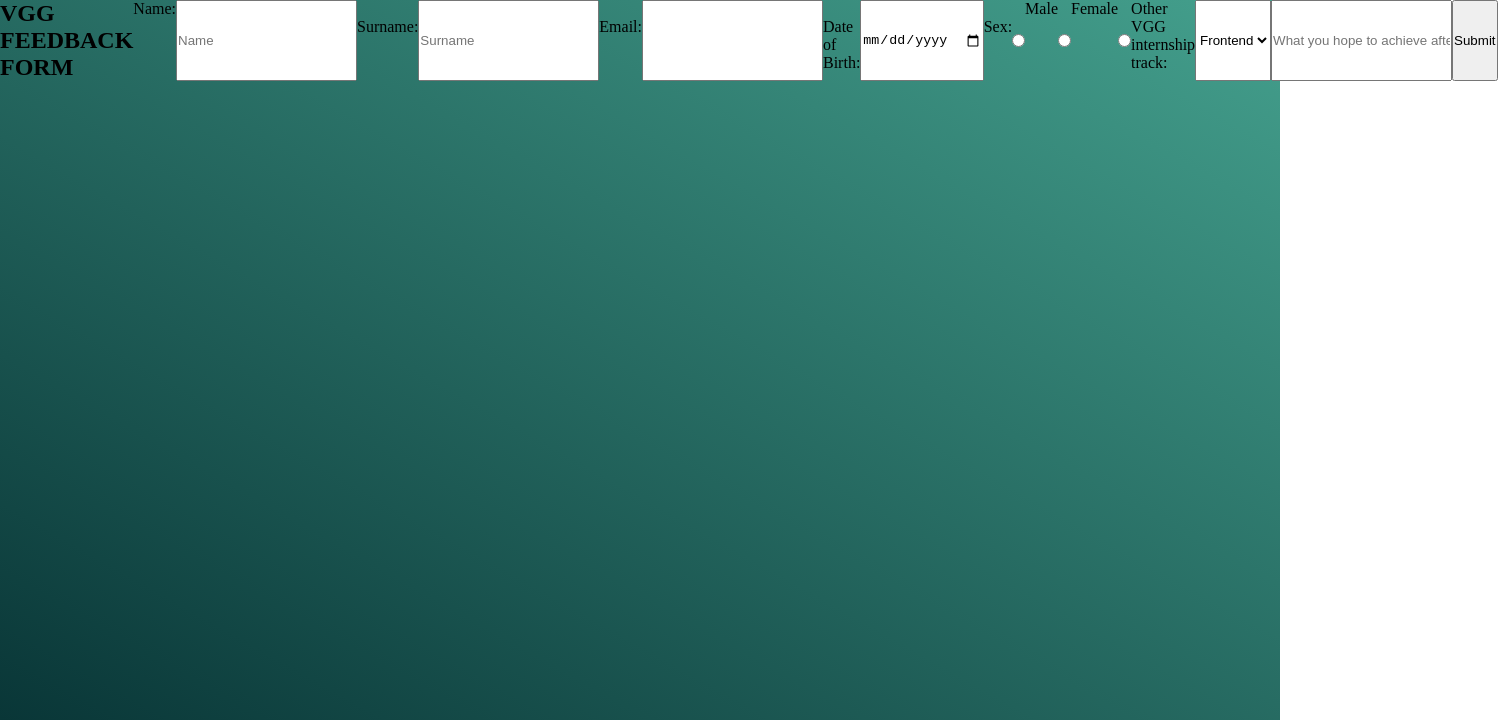
Repository: iphyokafor/VGG-Feedback-form
Page: index.html
The author's editor kept a copy of each file at every save. The page is drawn from the files as they stood at one save, then again after the next save.
The browser window is 1280 px wide. The page is 1499 px wide, then 1280 px, so the pictures cover 1499 px, including what lies to the right of the window. The pictures show the whole page.

Above is the page before, as saved 2020-01-12 20:36:32.

After the next save:
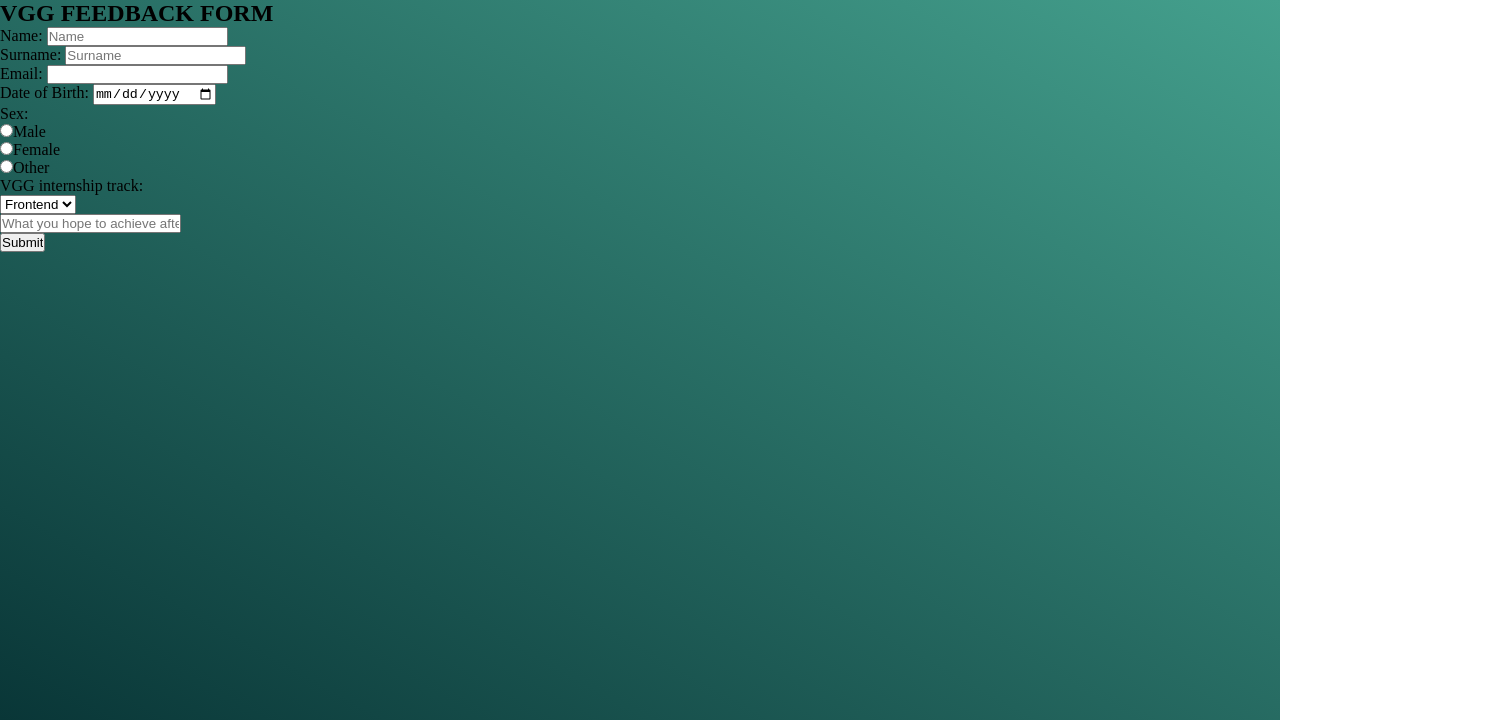
Saved 9 s later.
--- a/style.css
+++ b/style.css
@@ -16,6 +16,4 @@ body {
     box-shadow: 4px 5px 5px solid black;
 } */
 
-.container {
-    display: flex;
-}
+.container {}
